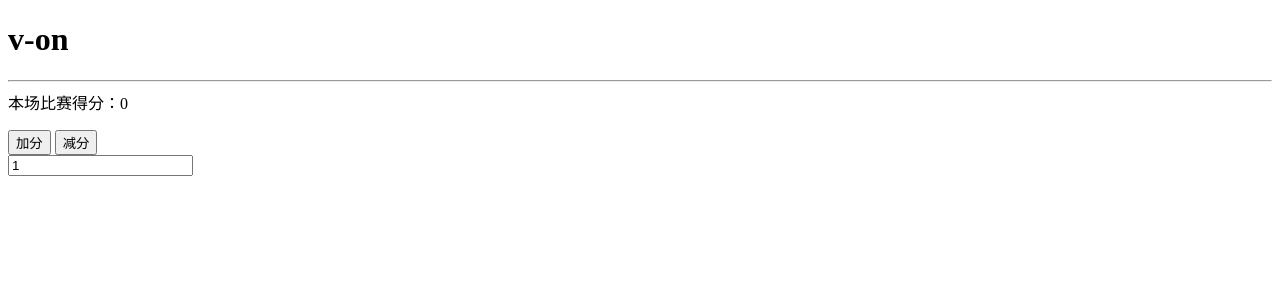
Repository: 13982720426/vue2.0-LearningNotes
Page: example/v-on.html
The author's editor kept a copy of each file at every save. The page is drawn from the files as they stood at one save, then again after the next save.
The browser window is 1280 px wide. The pictures show the whole page.

Above is the page before, as saved 2021-06-17 20:12:01.

### example/v-on.html
<!DOCTYPE html>
<html lang="en">
  <head>
    <meta charset="UTF-8" />
    <meta http-equiv="X-UA-Compatible" content="IE=edge" />
    <meta name="viewport" content="width=device-width, initial-scale=1.0" />
    <title>v-on</title>
    <script type="text/javascript" src="../assets/js/vue.js"></script>
  </head>
  <body>
    <h1>v-on</h1>
    <hr />
    <div id="app">
      本场比赛得分：{{fenshu}}
      <p>
        <button v-on:click="jiafen">加分</button>
        <button @click="jianfen">减分</button>
        <br />
        <input type="text" v-on:keyup.enter="onEnter" v-model="fenshu2" />
      </p>
    </div>
    <script type="text/javascript">
      var app = new Vue({
        el: '#app',
        data: {
          fenshu: 0,
          fenshu2: 1,
        },
        methods: {
          jiafen: function () {
            this.fenshu++;
          },
          jianfen: function () {
            this.fenshu--;
          },
          onEnter: function () {
            this.fenshu = this.funshu + parseInt(this.fenshu2);
          },
        },
      });
    </script>
  </body>
</html>

Loaded but not shown: assets/js/vue.js (library)

After the next save:
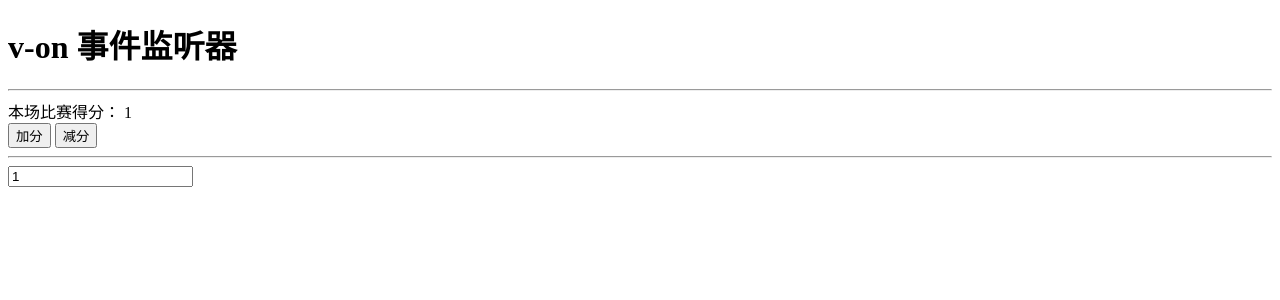
Saved 4 min 10 s later.
--- a/example/v-on.html
+++ b/example/v-on.html
@@ -2,39 +2,37 @@
 <html lang="en">
   <head>
     <meta charset="UTF-8" />
-    <meta http-equiv="X-UA-Compatible" content="IE=edge" />
-    <meta name="viewport" content="width=device-width, initial-scale=1.0" />
-    <title>v-on</title>
     <script type="text/javascript" src="../assets/js/vue.js"></script>
+    <title>v-on事件监听器</title>
   </head>
   <body>
-    <h1>v-on</h1>
+    <h1>v-on 事件监听器</h1>
     <hr />
     <div id="app">
-      本场比赛得分：{{fenshu}}
-      <p>
-        <button v-on:click="jiafen">加分</button>
-        <button @click="jianfen">减分</button>
-        <br />
-        <input type="text" v-on:keyup.enter="onEnter" v-model="fenshu2" />
-      </p>
+      本场比赛得分： {{count}}
+      <br />
+      <button v-on:click="jiafen">加分</button>
+      <button @click="jianfen">减分</button>
+      <hr />
+      <input type="text" v-on:keyup.enter="onEnter" v-model="secondCount" />
     </div>
+
     <script type="text/javascript">
       var app = new Vue({
         el: '#app',
         data: {
-          fenshu: 0,
-          fenshu2: 1,
+          count: 1,
+          secondCount: 1,
         },
         methods: {
           jiafen: function () {
-            this.fenshu++;
+            this.count++;
           },
           jianfen: function () {
-            this.fenshu--;
+            this.count--;
           },
           onEnter: function () {
-            this.fenshu = this.funshu + parseInt(this.fenshu2);
+            this.count = this.count + parseInt(this.secondCount);
           },
         },
       });
